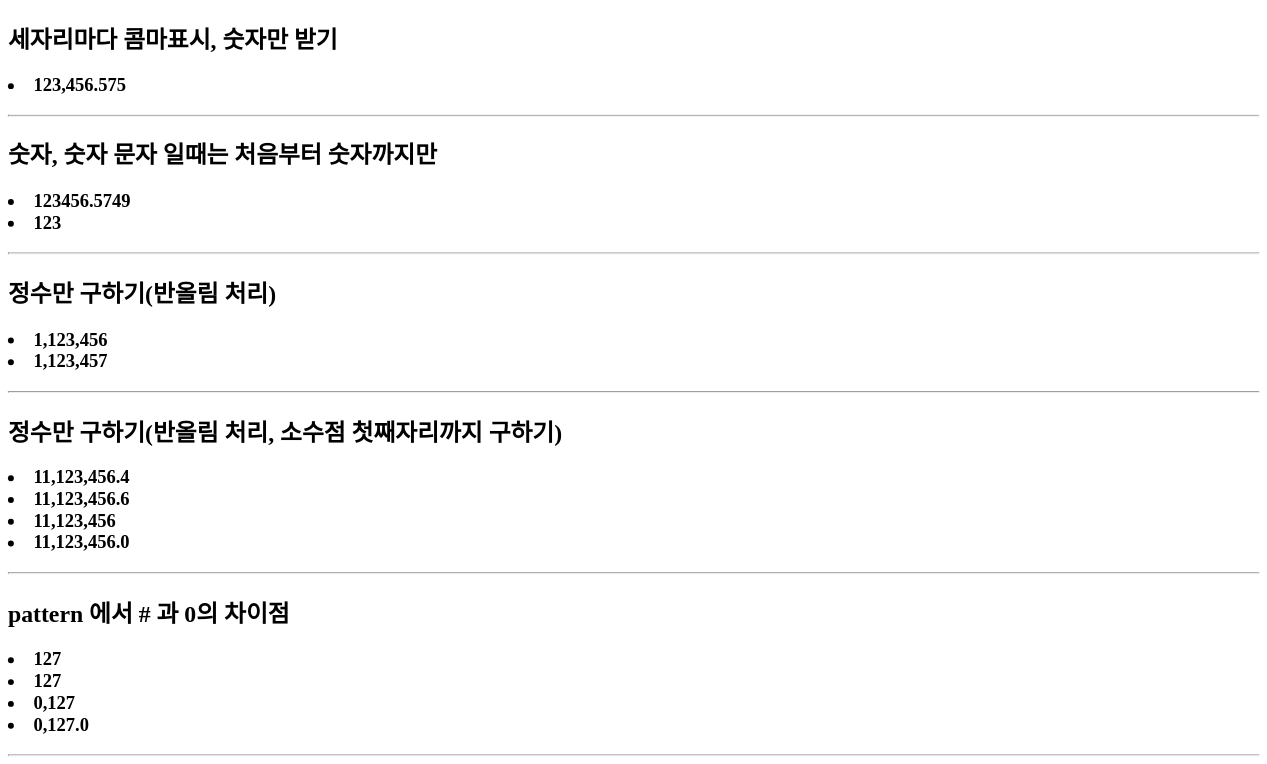
Repository: hagjun/jspstudy
Page: http://localhost/01_servlet/jsp/ex10_jstl.jsp
These files come from the project's save history. The page is drawn as it stood at one moment and after the next save; the edit follows.
The browser window is 1280 px wide. The pictures show the whole page, at 99% of full size.
The page is served by Tomcat 9. Other server files are loaded and not shown.

Above is the page before, as saved 2024-03-07 04:00:32.

### 01_servlet/src/main/webapp/jsp/ex10_jstl.jsp
<%@ page language="java" contentType="text/html; charset=UTF-8"
    pageEncoding="UTF-8"%>
<%@ taglib prefix="c" uri="http://java.sun.com/jsp/jstl/core" %>
<%@ taglib prefix="fmt" uri="http://java.sun.com/jsp/jstl/fmt" %>
<!DOCTYPE html>
<html>
<head>
<meta charset="UTF-8">
<title>JSTL : 포맷팅(fmt) : 숫자와 날짜 포매팅</title>
</head>
<body>
	<h2>세자리마다 콤마표시, 숫자만 받기</h2>
	<h3>
		<li><fmt:formatNumber value="123456.5749" /></li>
		<%-- <li><fmt:formatNumber value="aaa123456.5749"></fmt:formatNumber></li> --%>
		<%-- <li><fmt:formatNumber value="123456.a5749"></fmt:formatNumber></li> --%>
	</h3>
	<hr>

	<h2>숫자, 숫자 문자 일때는 처음부터 숫자까지만</h2>
	<h3>
		<li><fmt:parseNumber value="123456.5749" /></li>
		<li><fmt:parseNumber value="123c4b56a.5749" /></li>
		<%-- <li><fmt:formatNumber value="123456.a5749"></fmt:formatNumber></li> --%>
	</h3>
	<hr>

	<h2>정수만 구하기(반올림 처리)</h2>
	<h3>
		<li><fmt:formatNumber value="1123456.4749" pattern="#,###"/></li>
		<li><fmt:formatNumber value="1123456.5749" pattern="#,###"/></li>
	</h3>
	<hr>

	<h2>정수만 구하기(반올림 처리, 소수점 첫째자리까지 구하기)</h2>
	<h3>
		<li><fmt:formatNumber value="11123456.4449" pattern="#,###.#"/></li>
		<li><fmt:formatNumber value="11123456.5749" pattern="#,###.#"/></li>
		<li><fmt:formatNumber value="11123456" pattern="#,###.#"/></li>
		<li><fmt:formatNumber value="11123456" pattern="#,###.0"/></li>
	</h3>
	<hr>

	<h2>pattern 에서 # 과 0의 차이점</h2>
	<h3>
		<li><fmt:formatNumber value="127" pattern="#,###"/></li>
		<li><fmt:formatNumber value="127" pattern="#,###.#"/></li>
		<li><fmt:formatNumber value="127" pattern="0,000"/></li>
		<li><fmt:formatNumber value="127" pattern="0,000.0"/></li>
	</h3>
	<hr>
</body>
</html>

After the next save:
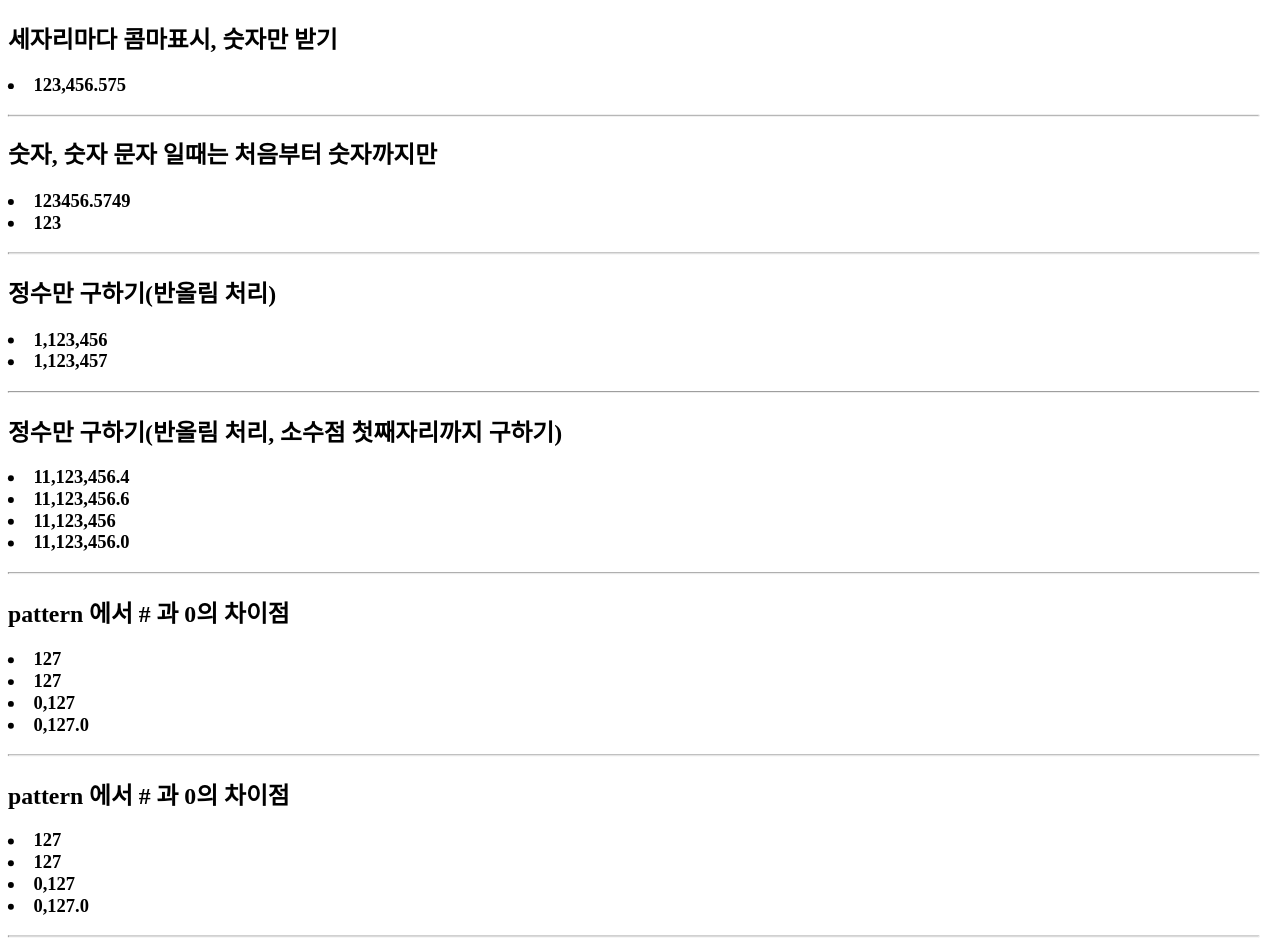
Saved 70 s later.
--- a/01_servlet/src/main/webapp/jsp/ex10_jstl.jsp
+++ b/01_servlet/src/main/webapp/jsp/ex10_jstl.jsp
@@ -49,5 +49,14 @@
 		<li><fmt:formatNumber value="127" pattern="0,000.0"/></li>
 	</h3>
 	<hr>
+
+	<h2>pattern 에서 # 과 0의 차이점</h2>
+	<h3>
+		<li><fmt:formatNumber value="127" pattern="#,###"/></li>
+		<li><fmt:formatNumber value="127" pattern="#,###.#"/></li>
+		<li><fmt:formatNumber value="127" pattern="0,000"/></li>
+		<li><fmt:formatNumber value="127" pattern="0,000.0"/></li>
+	</h3>
+	<hr>
 </body>
 </html>
